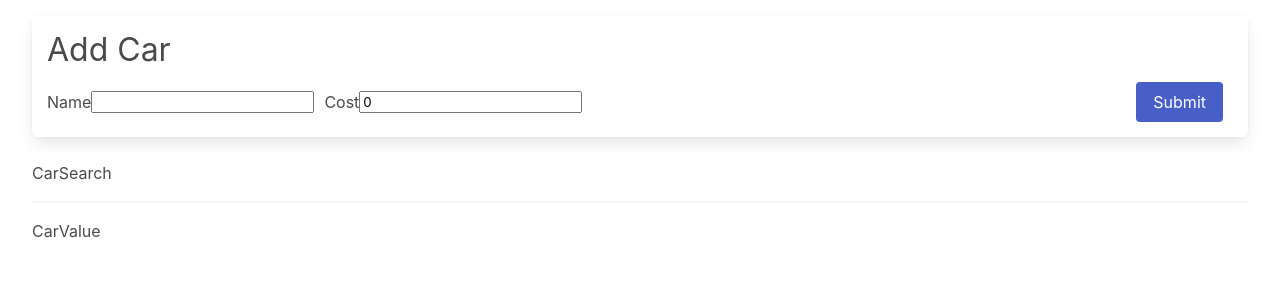
Repository: Mikerr21/Redux-Toolkit-Managing-Multiple-Slices
Page: /
The author's editor kept a copy of each file at every save. The page is drawn from the files as they stood at one save, then again after the next save.
The browser window is 1280 px wide. The pictures show the whole page.
The project was rebuilt for these pictures with package versions that can differ from the ones it lists, and the page was loaded fresh each time.

Above is the page before, as saved 2023-10-06 18:38:53.

After the next save:
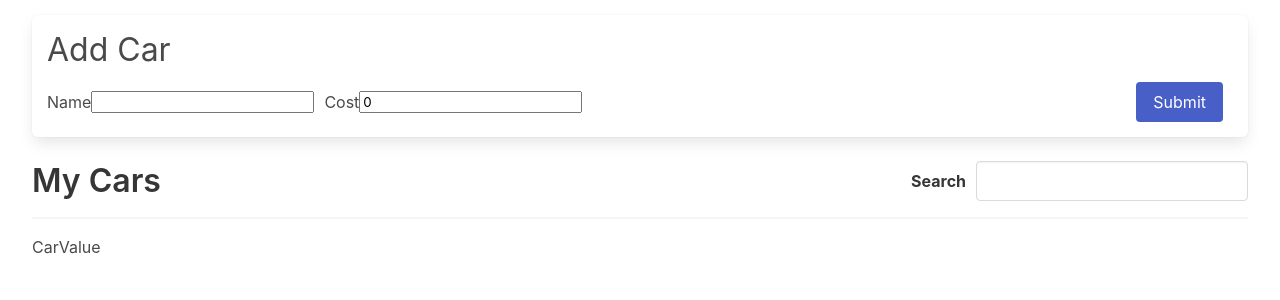
Saved 4 min 48 s later.
--- a/src/components/carSearch.js
+++ b/src/components/carSearch.js
@@ -1,9 +1,28 @@
-import React from 'react'
+import { useDispatch,useSelector } from "react-redux"
+import { changeSearchTerm } from "../store"
 
 function CarSearch() {
+  const dispatch=useDispatch();
+  const searchTerm=useSelector((state,action)=>{
+    return state.cars.searchTerm;
+  })
+
+  const handleSearchTermChange=(event)=>{
+   dispatch(changeSearchTerm(event.target.value));
+  }
+
   return (
-    <div>
-      CarSearch
+    <div className='list-header'>
+        <h3 className='title is-3'>My Cars</h3>
+        <div className='search field is-horizontal'>
+            <label className='label'>Search</label>
+            <input
+            className='input'
+            value={searchTerm}
+            onChange={handleSearchTermChange}
+            />
+        </div>
+
     </div>
   )
 }
